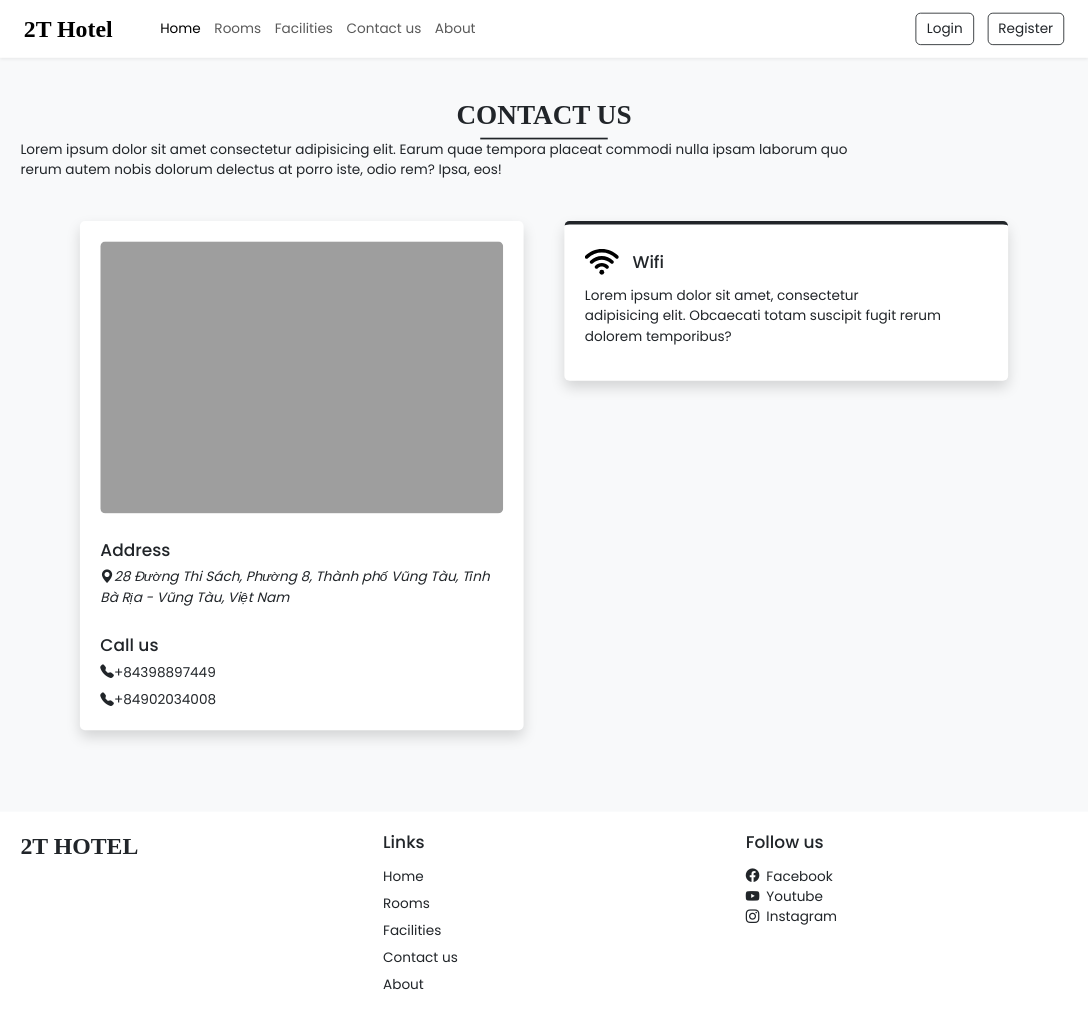
Repository: TaTongThanh2003/DoAnCoSo2024_BookingHotelWebsite
Page: http://localhost/WebsiteBookingHotel/contact.php
An editor plug-in stored every save of this project. The page is shown before and after the next save, followed by the edit.
The browser window is 1280 px wide. The pictures show the whole page, at 85% of full size.
Pictures or frames that could not be fetched are drawn as grey boxes. Some web fonts or font styles are not loaded; a fallback is used. The page is run by PHP 8.4 with error messages shown; the project is at /var/www/html/.

Above is the page before, as saved 2024-03-22 14:38:05.

After the next save:
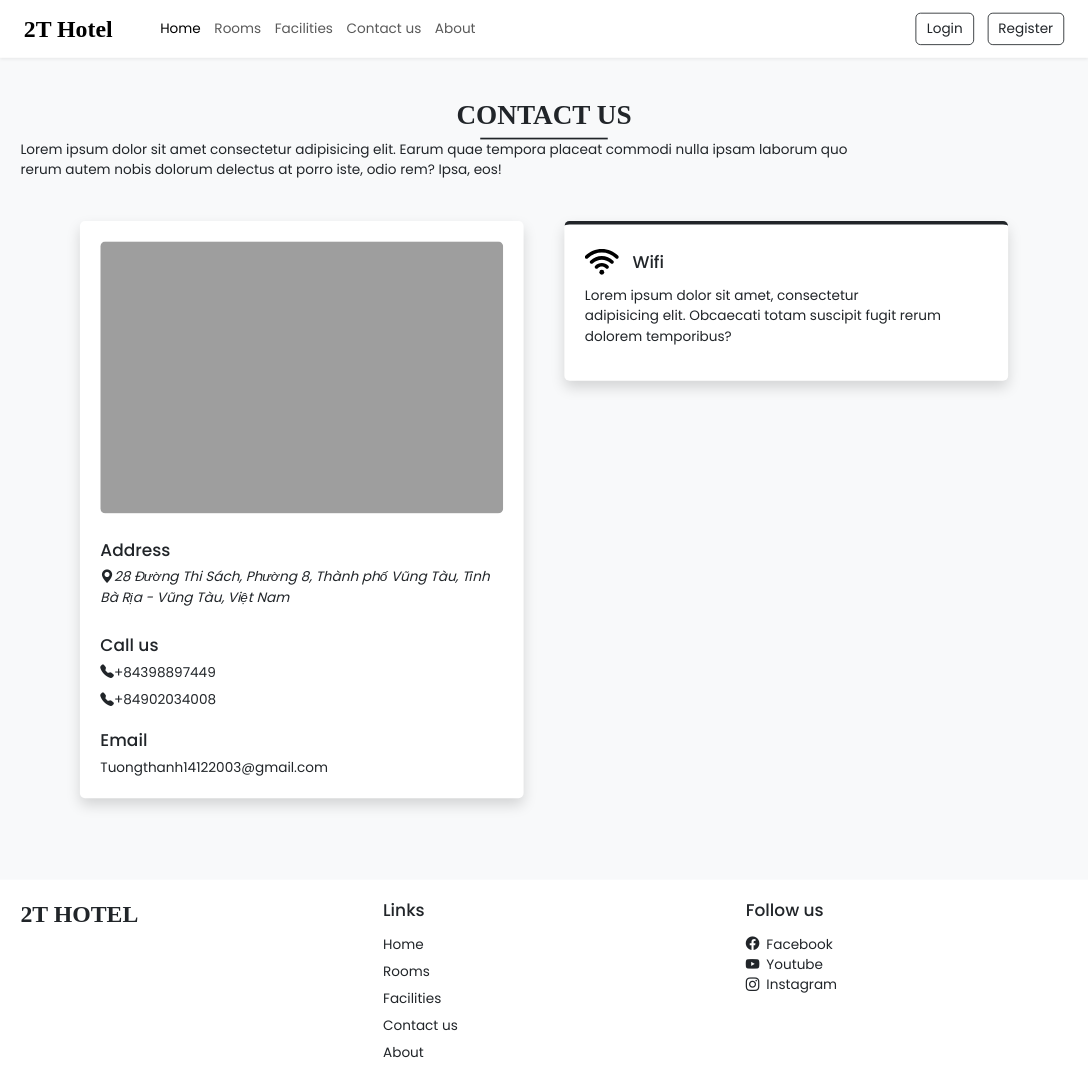
Saved 2 min 29 s later.
--- a/WebsiteBookingHotel/contact.php
+++ b/WebsiteBookingHotel/contact.php
@@ -56,6 +56,9 @@
                     <a href="tel: +84902034008" class="d-inline-block text-decoration-none text-dark">
                         <i class="bi bi-telephone-fill"></i>+84902034008
                     </a>
+                    <h5 class="mt-4">Email</h5>
+                    <a href="Mail To: tuongthanh14122003@gmail.com "
+                        class="d-inline-block text-decoration-none text-dark">Tuongthanh14122003@gmail.com</a>
                 </div>
             </div>
             <div class="col-lg-6 col-md-6 mb-5 px-4">
